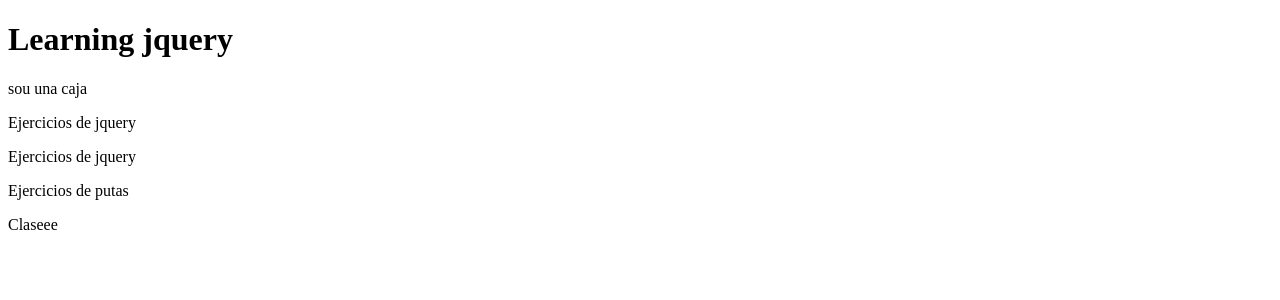
Repository: gitmadacode/practica_javascript
Page: Inicio/jquery/eventos.html
An editor plug-in stored every save of this project. The page is shown before and after a run of saves, followed by the edit.
The browser window is 1280 px wide. The pictures show the whole page.

Above is the page before, as saved 2019-09-13 20:27:43.

After the next 2 saves:
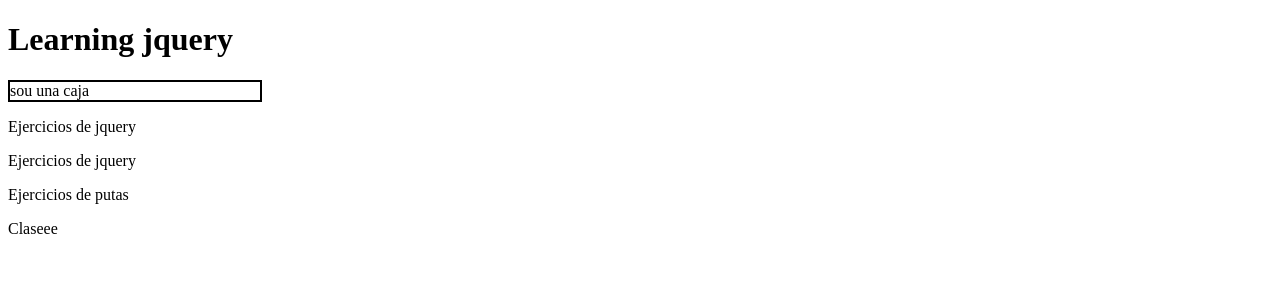
The 2 saves are shown as one change because they came seconds apart.
The last was saved 5 s later.
--- a/Inicio/jquery/eventos.html
+++ b/Inicio/jquery/eventos.html
@@ -11,7 +11,8 @@
     #caja{
         width: 250px;
         heigth: 250px;
-        border: 2px
+        border: 2px solid black;
+
     }
 
 
